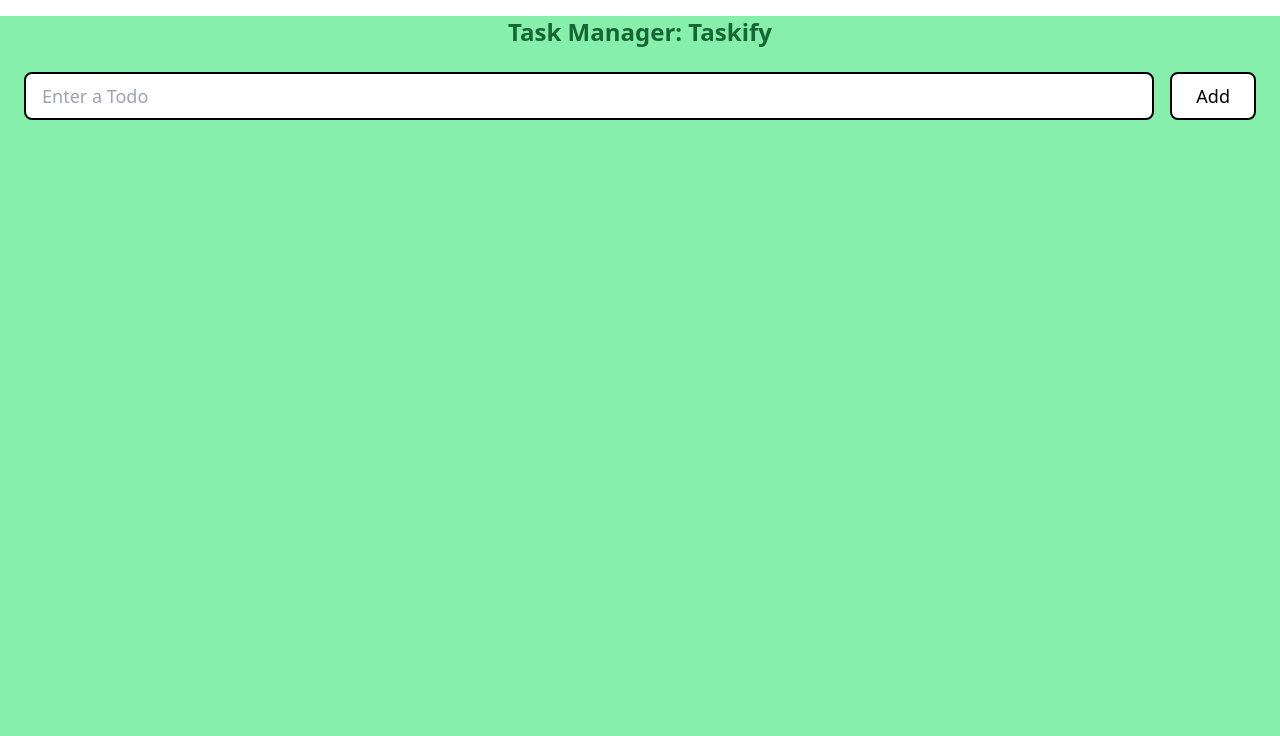
Repository: Dineshbhandari2023/Todo
Page: /
The author's editor kept a copy of each file at every save. The page is drawn from the files as they stood at one save, then again after the next save.
The browser window is 1280 px wide. The pictures show the whole page.
Some web fonts or font styles are not loaded; a fallback is used. The project was rebuilt for these pictures with package versions that can differ from the ones it lists, and the page was loaded fresh each time.

Above is the page before, as saved 2025-06-19 00:14:41.

After the next save:
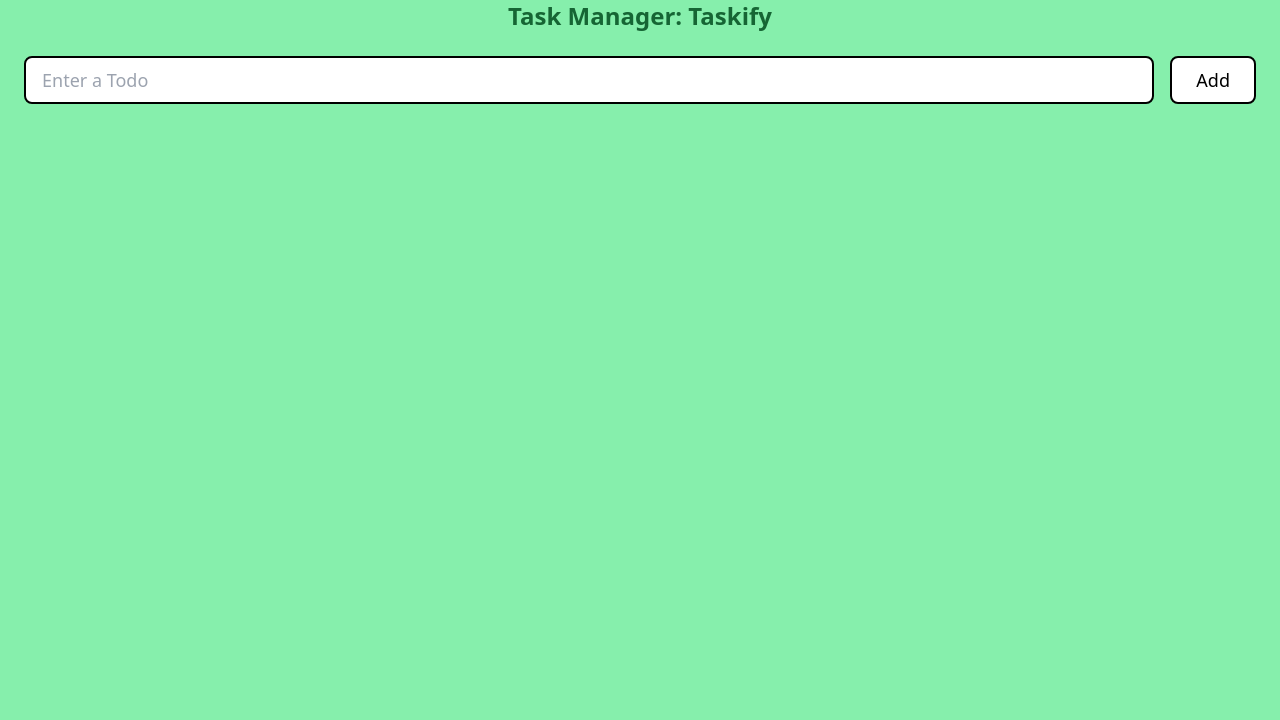
Saved 46 s later.
--- a/src/App.tsx
+++ b/src/App.tsx
@@ -46,7 +46,7 @@
 
   return (
     <div className="bg-green-300 h-screen">
-      <h1 className="font-extrabold text-center text-green-800 text-2xl mt-4">
+      <h1 className="font-extrabold text-center text-green-800 text-2xl">
         Task Manager: Taskify
       </h1>
       <InputFields todo={todo} setTodo={setTodo} handleAdd={handleAdd} />
